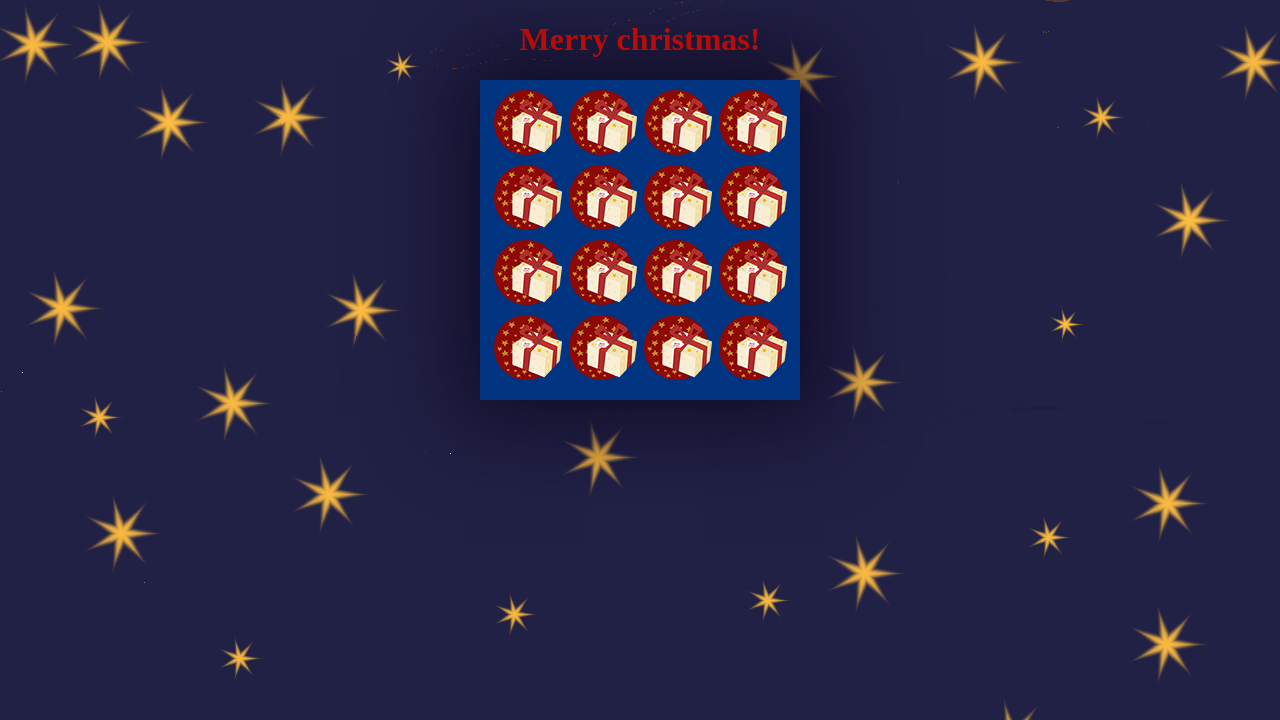
Repository: Angamanga/1dv403-laborationer
Page: 3-gameon/memory/index.html
The author's editor kept a record of every edit. The page is drawn from the files as they stood at one moment, then again after the next edit.
The browser window is 1280 px wide. The pictures show the whole page.
Some web fonts or font styles are not loaded; a fallback is used.

Above is the page before.

After the next edit:
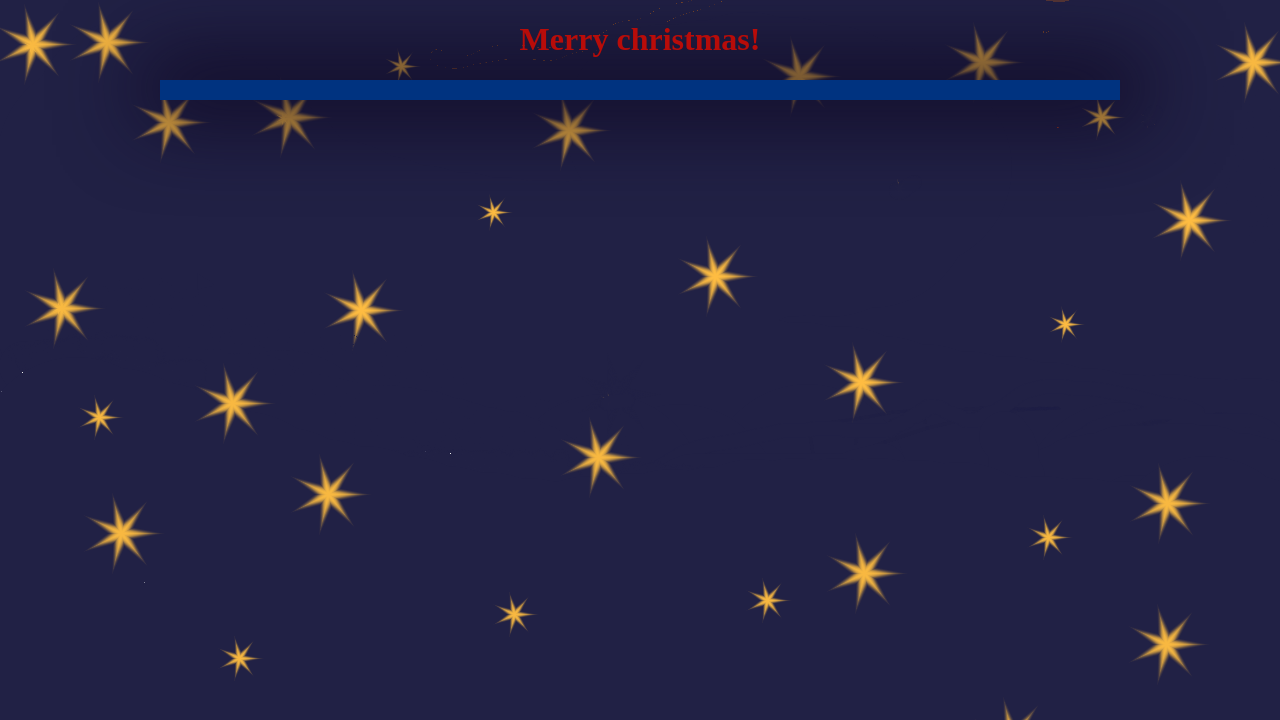
Console error (its wording comes from the project's code and is left out).
The edit:
--- a/3-gameon/memory/js/script.js
+++ b/3-gameon/memory/js/script.js
@@ -4,7 +4,7 @@
       var mem1 = new Memory(4,4,"game1");
       var mem2 = new Memory(4,3,"game2");
       mem1.start();
-      //mem2.start();
+   /mem2.start();
    }
 };
 

After the 2 edits that followed:
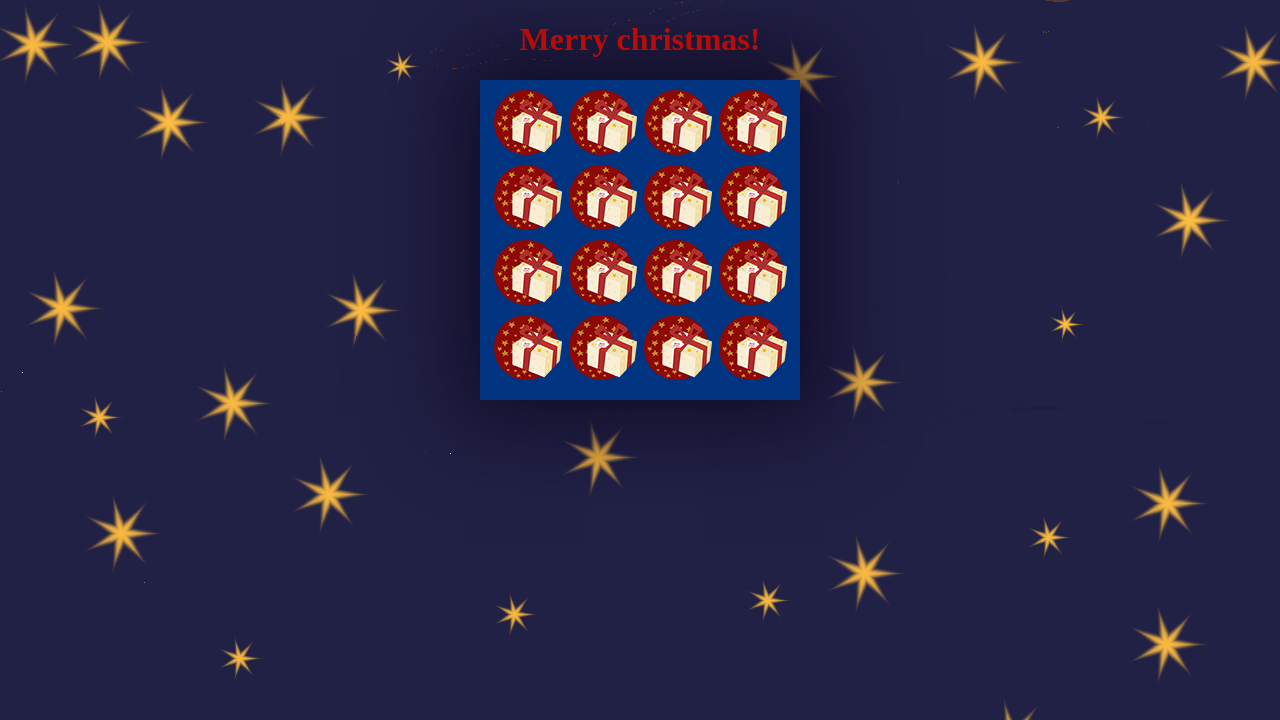
Console error: TypeError: Cannot read properties of null (reading 'style')
The 2 edits are shown as one change because 1 left the picture as it was.
The edit:
--- a/3-gameon/memory/js/script.js
+++ b/3-gameon/memory/js/script.js
@@ -2,9 +2,9 @@
 var MemoryApp = {
    init: function(){
       var mem1 = new Memory(4,4,"game1");
-      var mem2 = new Memory(4,3,"game2");
+      var mem2 = new Memory(2,2,"game2");
       mem1.start();
-   /mem2.start();
+   mem2.start();
    }
 };
 
